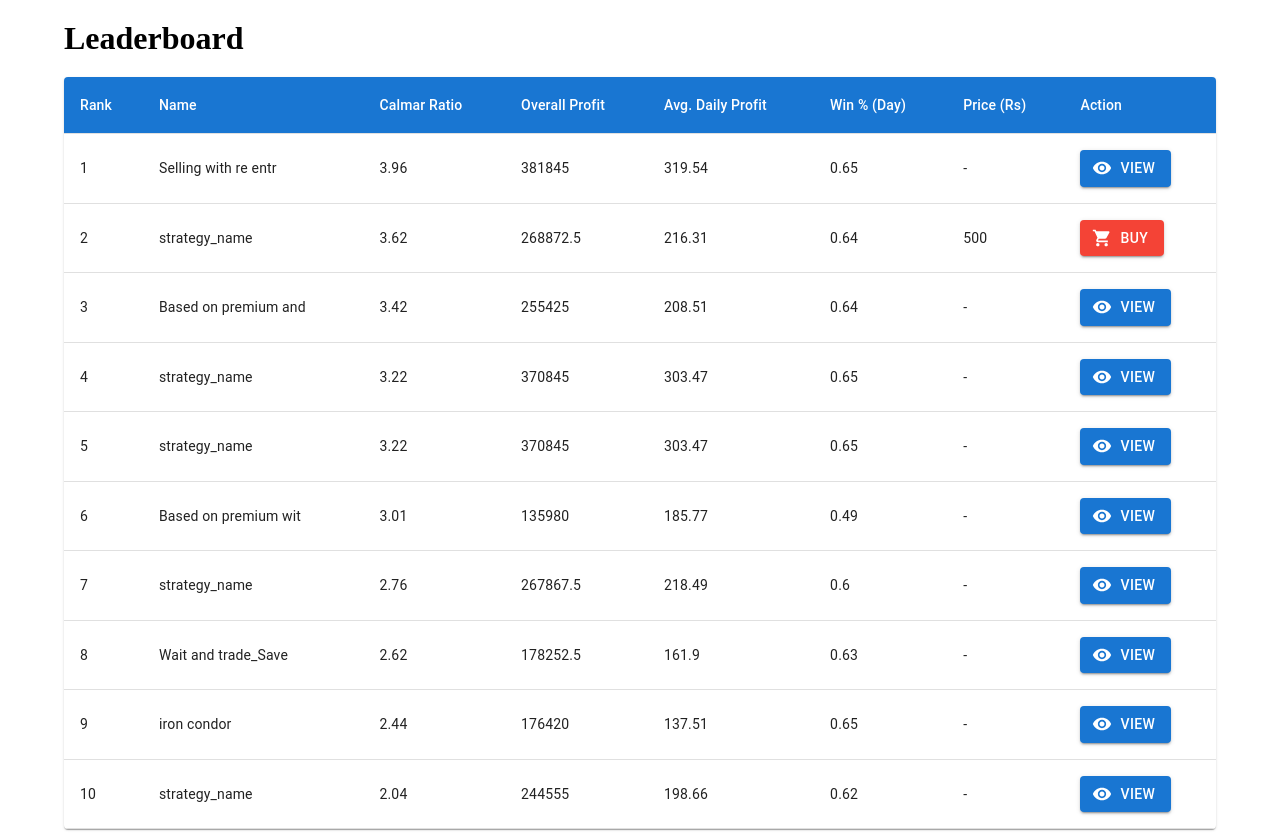
Repository: PraTEEkgUpTa2/Leaderboard
Page: /
These files come from the project's save history. The page is drawn as it stood at one moment and after the next save; the edit follows.
The browser window is 1280 px wide. The pictures show the whole page.
The project was rebuilt for these pictures with package versions that can differ from the ones it lists, and the page was loaded fresh each time. Also part of the build but not shown: src/App.css.

Above is the page before, as saved 2024-05-27 12:22:15.

After the next save:
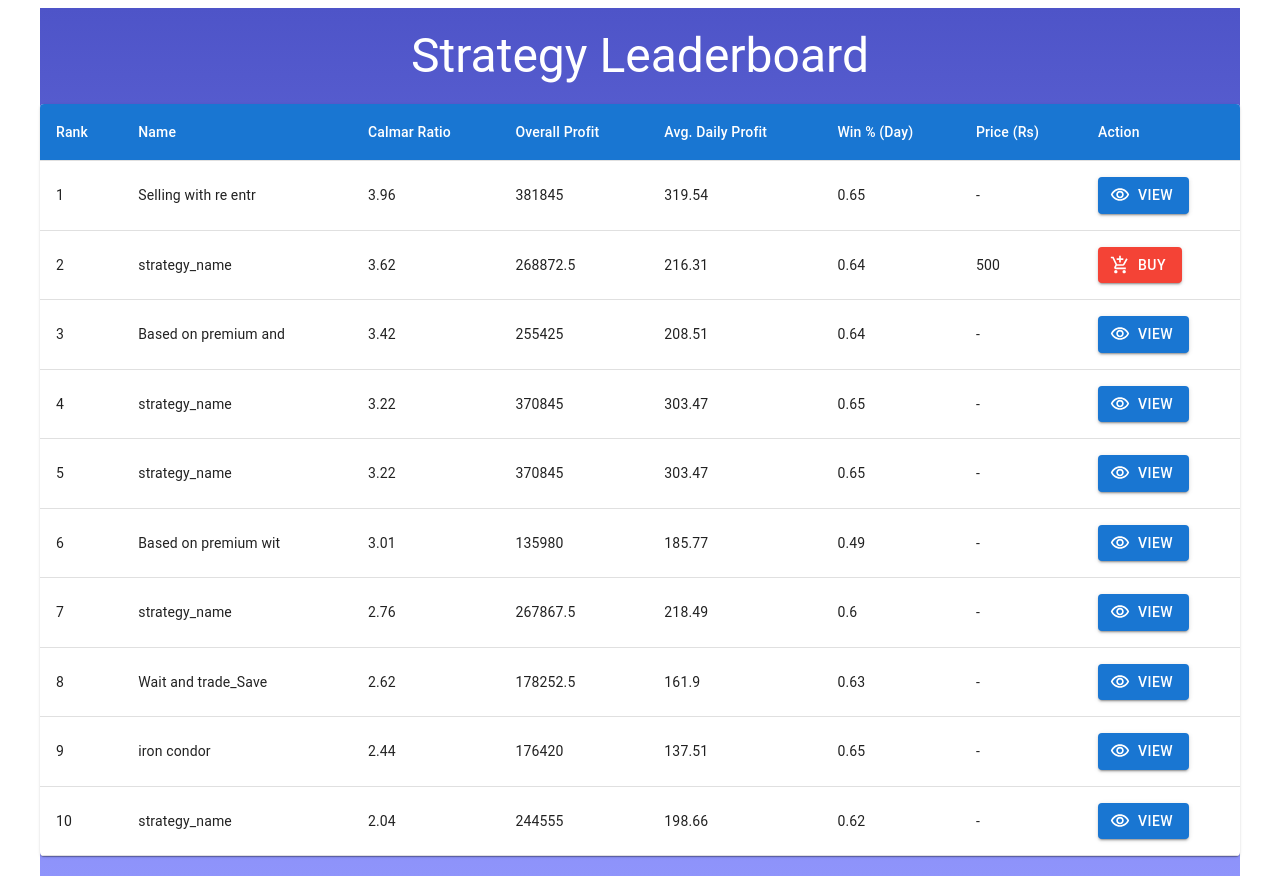
Saved 111 s later.
--- a/src/Leaderboard.js
+++ b/src/Leaderboard.js
@@ -1,8 +1,7 @@
 import React from 'react';
-import ReactDOM from 'react-dom/client';
 import data from './data.json';
-import { Container, Table, TableBody, TableCell, TableContainer, TableHead, TableRow, Paper, Button } from '@mui/material';
-import { Visibility, ShoppingCart } from '@mui/icons-material';
+import { Container, Table, TableBody, TableCell, TableContainer, TableHead, TableRow, Paper, Button, Typography } from '@mui/material';
+import { VisibilityOutlined, AddShoppingCartOutlined } from '@mui/icons-material';
 import { styled } from '@mui/system';
 
 const StyledTableHead = styled(TableHead)(({ theme }) => ({
@@ -18,6 +17,9 @@ const ViewButton = styled(Button)(({ theme }) => ({
   '&:hover': {
     backgroundColor: theme.palette.primary.dark,
   },
+  '& .MuiButton-startIcon': {
+    marginRight: theme.spacing(1),
+  },
 }));
 
 const BuyButton = styled(Button)(({ theme }) => ({
@@ -26,12 +28,17 @@ const BuyButton = styled(Button)(({ theme }) => ({
   '&:hover': {
     backgroundColor: theme.palette.error.dark,
   },
+  '& .MuiButton-startIcon': {
+    marginRight: theme.spacing(1),
+  },
 }));
 
 const Leaderboard = () => {
   return (
-    <Container>
-      <h1 style={{ textAlign: 'left', margin: '20px 0' }}>Leaderboard</h1>
+    <Container style={{ background: 'linear-gradient(to bottom, #4e54c8, #8f94fb)', minHeight: '100vh', padding: '20px 0' }}>
+      <Typography variant="h3" align="center" gutterBottom style={{ color: '#fff', marginBottom: '20px' }}>
+        Strategy Leaderboard
+      </Typography>
       <TableContainer component={Paper}>
         <Table aria-label="leaderboard table">
           <StyledTableHead>
@@ -48,7 +55,7 @@ const Leaderboard = () => {
           </StyledTableHead>
           <TableBody>
             {data.map((row) => (
-              <TableRow key={row.Rank}>
+              <TableRow key={row.Rank} style={{ transition: 'background-color 0.3s' }}>
                 <TableCell>{row.Rank}</TableCell>
                 <TableCell>{row.Name}</TableCell>
                 <TableCell>{row["Calmar Ratio"]}</TableCell>
@@ -58,11 +65,11 @@ const Leaderboard = () => {
                 <TableCell>{row["Price (Rs)"] ? row["Price (Rs)"] : '-'}</TableCell>
                 <TableCell>
                   {row.Action === 'View' ? (
-                    <ViewButton startIcon={<Visibility />} variant="contained">
+                    <ViewButton startIcon={<VisibilityOutlined />} variant="contained">
                       View
                     </ViewButton>
                   ) : (
-                    <BuyButton startIcon={<ShoppingCart />} variant="contained">
+                    <BuyButton startIcon={<AddShoppingCartOutlined />} variant="contained">
                       Buy
                     </BuyButton>
                   )}
